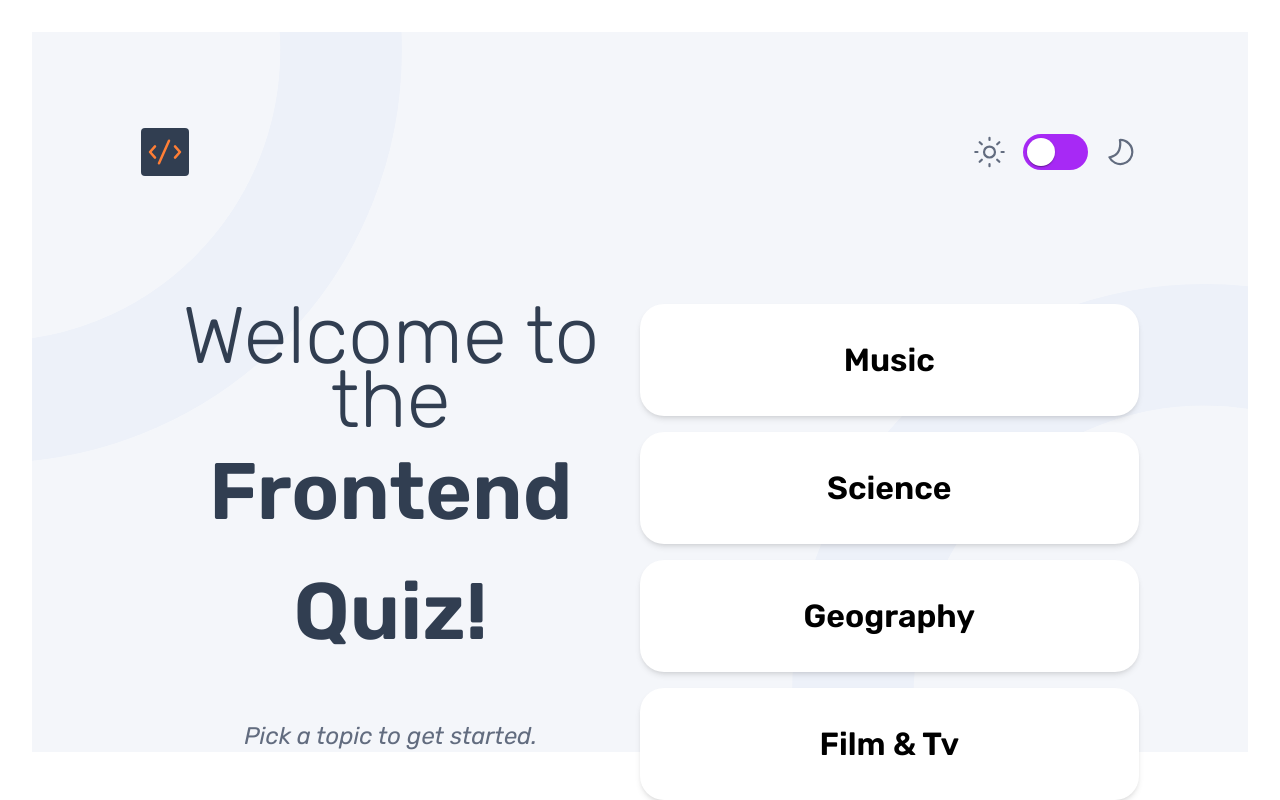
Repository: Shenixo/QuizApp
Page: /
An editor plug-in stored every save of this project. The page is shown before and after the next save, followed by the edit.
The browser window is 1280 px wide. The pictures show the whole page.
The project was rebuilt for these pictures with package versions that can differ from the ones it lists, and the page was loaded fresh each time. Also part of the build but not shown: vite.config.js.

Above is the page before, as saved 2025-03-31 14:29:05.

### index.html
<!doctype html>
<html lang="en">
  <head>
    <meta charset="UTF-8" />
    <link rel="icon" type="image/svg+xml" href="/vite.svg" />
    <meta name="viewport" content="width=device-width, initial-scale=1.0" />
    <link rel="preconnect" href="https://fonts.googleapis.com">
<link rel="preconnect" href="https://fonts.gstatic.com" crossorigin>
<link href="https://fonts.googleapis.com/css2?family=Rubik:ital,wght@0,300..900;1,300..900&display=swap" rel="stylesheet">
    <title>Quiz App</title>
  </head>
  <body>
    <div id="root"></div>
    <script type="module" src="/src/main.jsx"></script>
  </body>
</html>

### src/main.jsx
import { StrictMode } from "react";
import { createRoot } from "react-dom/client";
import "./index.css";
import App from "./App.jsx";
import Context from "./Store/Context.jsx";

createRoot(document.getElementById("root")).render(
  <StrictMode>
    <Context>
      <App />
    </Context>
  </StrictMode>
);

### src/index.css
@tailwind base;
@tailwind components;
@tailwind utilities;

*{
    padding: 0;
    margin: 0;
    box-sizing: border-box;
    font-family: "Rubik", sans-serif;
}
.dark{
    background: red;
}

### src/App.jsx
import './App.css'
import Home from './Components/Home/Home'
import { useAppContext } from './Store/Context'

function App() {
  const {isDarkMode} = useAppContext()
  return (
    <div  className={`relative min-h-screen bg-cover bg-center bg-no-repeat w-full transition-all duration-500 ease-in-out ${isDarkMode ? "bg-[#313e51]" : "bg-[#f4f6fa]"} ${
      isDarkMode
        ? "bg-[url('/pattern-background-desktop-dark.svg')]"
        : "bg-[url('/pattern-background-desktop-light.svg')]"
    }`}>
    <Home/>
    </div>
  )
}

export default App

### src/Store/Context.jsx
import React from "react";
const AppContext = React.createContext({
    isDarkMode: false,
    toggleTheme: () => {}
});
const Context = ({ children }) => {
  const [isDarkMode, setIsDarkMode] = React.useState(false);
  const toggleTheme = () => {
    setIsDarkMode((pv) => !pv);
  };
  const ctxValue = {
    isDarkMode,
    toggleTheme,
  };
  return (
    <AppContext.Provider value={ctxValue}>
      {" "}
     <div>{children}</div>
    </AppContext.Provider>
  );
};

export default Context;

export function useAppContext() {
  const context = React.useContext(AppContext);
  if (!context) throw new Error("Context must be used between the provider");
  return context;
}

### src/Components/Home/Home.jsx
import React from "react";
import pattern from "/pattern-background-desktop-dark.svg";
import Navbar from "../Navbar/Navbar";
import { useAppContext } from "../../Store/Context";
import Option from "../Option/Option";
const Home = () => {
  const {isDarkMode} = useAppContext()
  return (
    <div className="w-[82%] mx-auto placeholder-stone-200 pt-24 h-[100vh]">
      <Navbar />
      <div className="mb-32"/>
      <div className="grid grid-cols-cols w-full">
      <div>
          <h1 className={ ` ${isDarkMode ? "text-white" : "text-primary"} transition-all duration-500 ease-in-out font-thin text-[5rem] leading-[4rem] `}>Welcome to the</h1>
          <h1 className={`${isDarkMode ? "text-white" : "text-primary"} transition-all duration-500 ease-in-out  text-[5rem] font-semibold`}>Frontend Quiz!</h1>

          <p className="text-[#626c7f] text-2xl mt-12"><i>Pick a topic to get started.</i></p>

      </div>
        <div>
         <Option/>
      </div>

      </div>
    </div>
  );
};

export default Home;

### src/Components/Navbar/Navbar.jsx
import { styled, Switch } from "@mui/material";
import { useAppContext } from "../../Store/Context";

const Navbar = () => {

  const {isDarkMode, toggleTheme} = useAppContext()
  return (
    <nav className="flex justify-between w-full items-center">
      <div className="flex items-center gap-4">
        <div className="bg-primary rounded p-1">
          <img src="/icon-html.svg" alt="html icon" />
        </div>
      </div>
      <div className="flex gap-4">
        <img
          className="transition-all duration-all ease-in-out"
          src={`/icon-sun-${isDarkMode ? "light" : "dark"}.svg`}
          alt="Dark moon icon"
          width={35}
          height={35}
        />
        <CustomSwitch onChange={toggleTheme} />
        <img
           className="transition-all duration-all ease-in-out"
          src={`/icon-moon-${isDarkMode ? "light" : "dark"}.svg`}
          alt="Dark moon icon"
          width={35}
          height={35}
        />
      </div>
    </nav>
  );
};

export default Navbar;

const CustomSwitch =styled((props) => (
  <Switch  focusVisibleClassName=".Mui-focusVisible"  {...props} />
))(({ theme }) => ({
  width: 65,
  height: 36,
  padding: 0,
  "& .MuiSwitch-switchBase": {
    padding: 1,
    margin: 3,
    transitionDuration: "300ms",
    "&.Mui-checked": {
      transform: "translateX(28px)",
      color: "#fff",
      "& + .MuiSwitch-track": {
        backgroundColor: "#a729f5",
        opacity: 1,
        border: 0,
      },
    },
    "&.Mui-focusVisible .MuiSwitch-thumb": {
      color: "#a729f5",
      border: "8px solid #fff",
    },
    "&.Mui-disabled .MuiSwitch-thumb": {
      color: "#a729f5",
    },
    "&.Mui-disabled + .MuiSwitch-track": {
      opacity: 0.7,
    },
  },
  "& .MuiSwitch-thumb": {
    boxSizing: "border-box",
    width: 28,
    height: 28,
  },
  "& .MuiSwitch-track": {
    borderRadius: 46 / 2,
    backgroundColor: "#a729f5",
    opacity: 1,
    transition: theme.transitions.create(["background-color"], {
      duration: 500,
    }),
  },
}));

### src/Components/Option/Option.jsx
import React from "react";
import { useAppContext } from "../../Store/Context";

const Option = () => {
  const options = ["music", "science", "geography", "film & tv"];
  const { isDarkMode } = useAppContext();
  return (
    <ul className="flex gap-4 flex-col">
      {options.map((option, idx) => (
        <li
          className={`${
            isDarkMode ? "bg-[#3b4d66]" : "bg-[#fff]"
          } transition-all duration-500 ease-in-out shadow-md shadow-[rgba(0,0,0,0.1)]  p-8 rounded-[1.5rem] cursor-pointer capitalize text-[2rem] font-semibold
`}
          key={idx}
        >
          {option}
        </li>
      ))}
    </ul>
  );
};

export default Option;

### tailwind.config.js
/** @type {import('tailwindcss').Config} */
export default {
  content: [
    "./index.html",
    "./src/**/*.{js,ts,jsx,tsx}",
  ],
  theme: {
    extend: {
      gridTemplateColumns: {
        cols: "1fr 1fr"
      },
      colors: {
        primary: "#313e51",
      }
    },
  },
  plugins: [],
}

Loaded but not shown: src/App.css (common file)

After the next save:
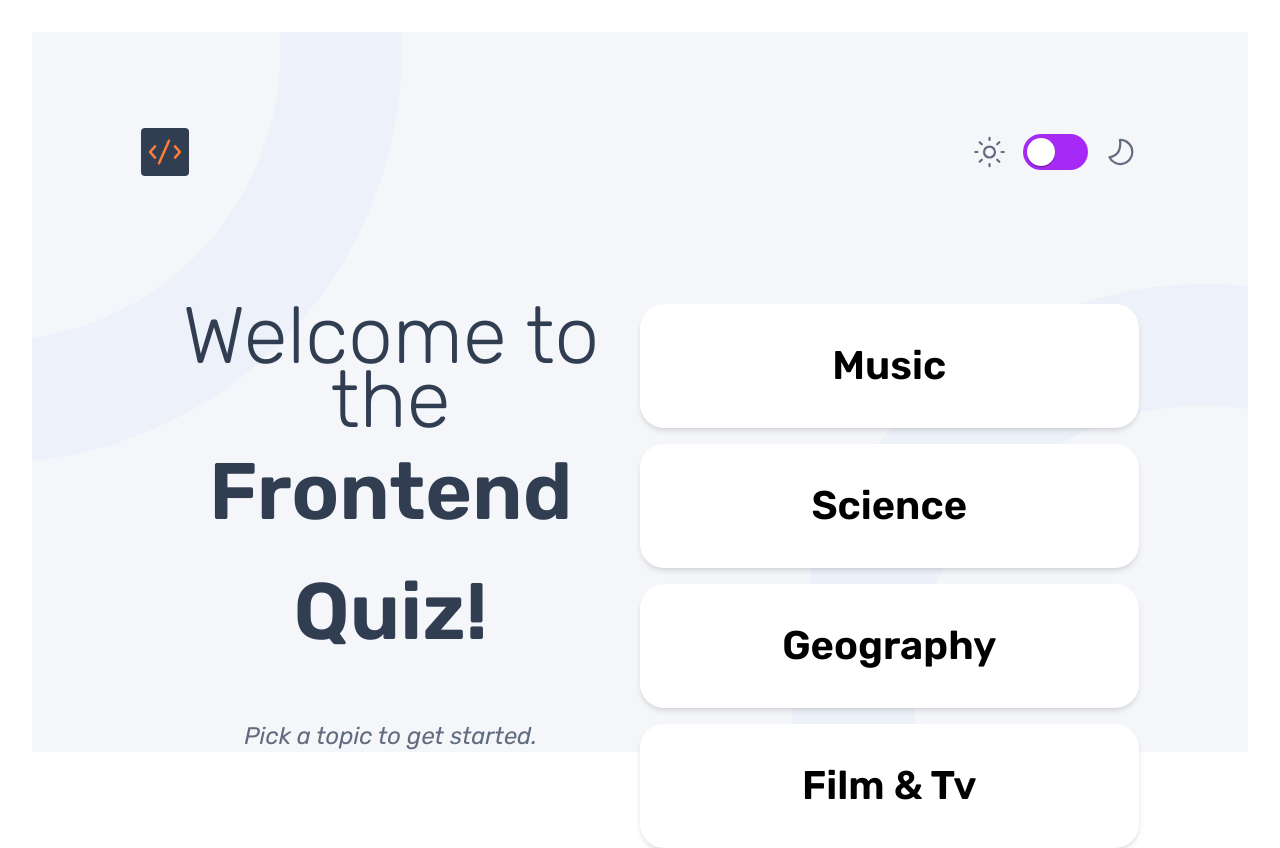
Saved 7 s later.
--- a/src/Components/Option/Option.jsx
+++ b/src/Components/Option/Option.jsx
@@ -10,7 +10,7 @@ const Option = () => {
         <li
           className={`${
             isDarkMode ? "bg-[#3b4d66]" : "bg-[#fff]"
-          } transition-all duration-500 ease-in-out shadow-md shadow-[rgba(0,0,0,0.1)]  p-8 rounded-[1.5rem] cursor-pointer capitalize text-[2rem] font-semibold
+          } transition-all duration-500 ease-in-out shadow-md shadow-[rgba(0,0,0,0.1)]  p-8 rounded-[1.5rem] cursor-pointer capitalize text-[2.5rem] font-semibold
 `}
           key={idx}
         >
